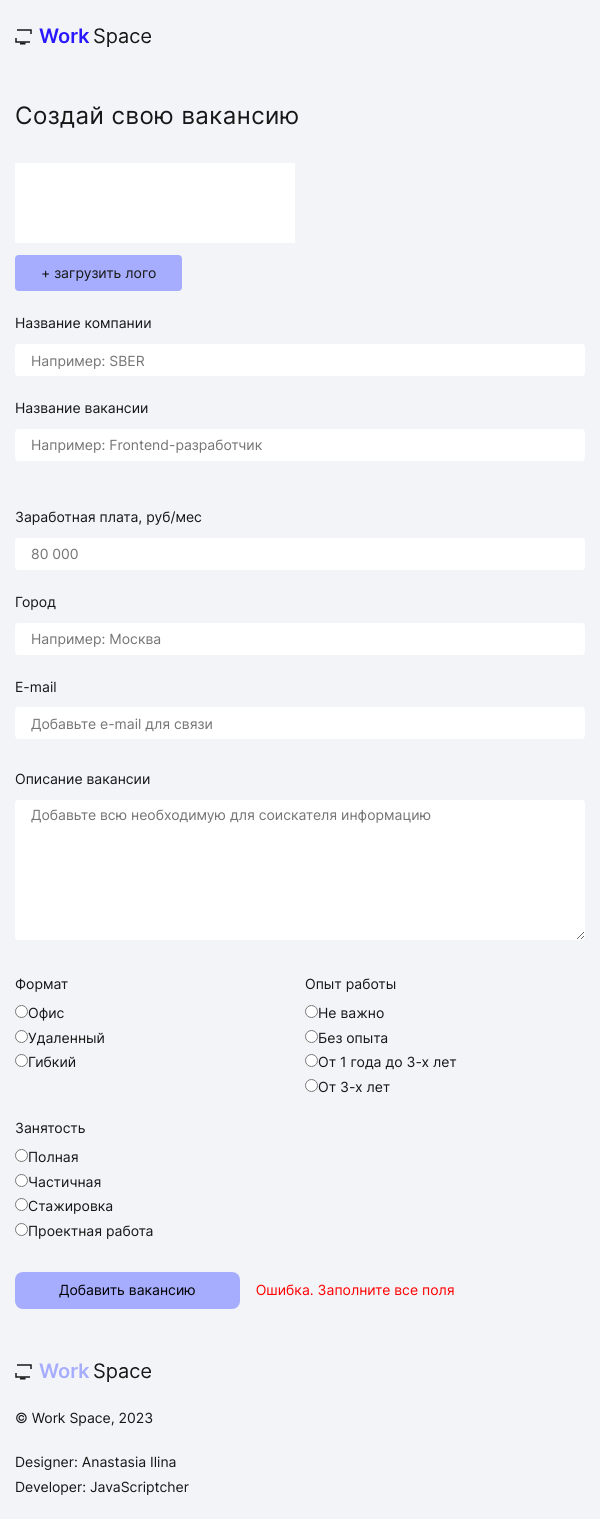
Repository: alexboagreek/workspace_js
Page: employer.html
These files come from the project's save history. The page is drawn as it stood at one moment and after a run of saves; the edit follows.
The browser window is 600 px wide. The pictures show the whole page.

Above is the page before, as saved 2023-09-13 16:22:22.
Console error: TypeError: Cannot read properties of null (reading 'addEventListener')

### employer.html
<!DOCTYPE html>
<html lang="ru">
  <head>
    <meta charset="UTF-8" />
    <meta name="viewport" content="width=device-width, initial-scale=1.0" />
    <title>Workspace - добавить вакансию</title>

    <link rel="stylesheet" href="index.css" />

    <script src="js/choices.min.js" defer></script>
    <script src="js/script.js" defer></script>
  </head>

  <body>
    <header class="header">
      <div class="container header__container">
        <a href="index.html">
          <img
            class="header__logo"
            src="img/logo.svg"
            alt="Логитип WorkSpace"
          />
        </a>

        <a class="header__link" href="index.html#vacancies"
          >Посмотреть вакансии</a
        >
      </div>
    </header>

    <main>
      <section class="employer">
        <div class="container">
          <h1 class="employer__title">Создай свою вакансию</h1>

          <form class="employer__form">
            <div class="employer__file file">
              <div class="file__wrap-preview">
                <img src="#" alt="" class="file__preview" />
              </div>

              <div class="file__wrap-btn">
                <label for="logo" class="file__label"> + загрузить лого </label>
                <input
                  name="logo"
                  type="file"
                  class="file__input"
                  id="logo"
                  accept="image/png, image/jpeg"
                  required
                />
              </div>
            </div>

            <fieldset class="employer__fieldset-input">
              <div class="employer__wrap-input">
                <label class="employer__label" for="company"
                  >Название компании
                </label>

                <input
                  type="text"
                  class="employer__input"
                  id="company"
                  name="company"
                  placeholder="Например: SBER"
                />
              </div>

              <fieldset class="employer__fieldset">
                <div class="employer__wrap-input">
                  <label class="employer__label" for="title"
                    >Название вакансии</label
                  >

                  <input
                    type="text"
                    class="employer__input"
                    id="title"
                    name="title"
                    placeholder="Например: Frontend-разработчик"
                  />
                </div>
              </fieldset>

              <fieldset class="employer__fildset">
                <div class="employer__wrap-input">
                  <label class="employer__label" for="salary"
                    >Заработная плата, руб/мес</label
                  >

                  <input
                    type="number"
                    class="employer__input"
                    id="salary"
                    name="salary"
                    placeholder="80 000"
                  />
                </div>
              </fieldset>

              <fieldset class="employer__fildset">
                <div class="employer__wrap-input">
                  <label class="employer__label" for="location">Город</label>

                  <input
                    type="text"
                    class="employer__input"
                    id="location"
                    name="location"
                    placeholder="Например: Москва"
                  />
                </div>
              </fieldset>

              <fieldset class="employer__fildset">
                <div class="employer__wrap-input">
                  <label class="employer__label" for="email">E-mail</label>

                  <input
                    type="email"
                    class="employer__input"
                    id="email"
                    name="email"
                    placeholder="Добавьте e-mail для связи"
                  />
                </div>
              </fieldset>
            </fieldset>



            <fieldset class="employer__fieldset-textarea">
              <label class="employer__label" for="description"
                >Описание вакансии</label
              >

              <textarea
                class="employer__textarea"
                name="description"
                id="description"
                placeholder="Добавьте всю необходимую для соискателя информацию"
              ></textarea>
            </fieldset>

            <div class="employer__radio-buttons">
              <fieldset class="employer__fieldset-radio">
                <legend class="employer__legend">Формат</legend>

                <label class="employer__label-radio radio">
                  <input
                    type="radio"
                    class="radio__input"
                    name="format"
                    value="Офис"
                  />Офис
                </label>

                <label class="employer__label-radio radio">
                  <input
                    type="radio"
                    class="radio__input"
                    name="format"
                    value="Удаленный"
                  />Удаленный
                </label>

                <label class="employer__label-radio radio">
                  <input
                    type="radio"
                    class="radio__input"
                    name="format"
                    value="Гибкий"
                  />Гибкий
                </label>
              </fieldset>

              <fieldset class="employer__fieldset-radio">
                <legend class="employer__legend">Опыт работы</legend>

                <label class="employer__label-radio radio">
                  <input
                    type="radio"
                    class="radio__input"
                    name="experience"
                    value="Не важно"
                  />Не важно
                </label>

                <label class="employer__label-radio radio">
                  <input
                    type="radio"
                    class="radio__input"
                    name="experience"
                    value="Без опыта"
                  />Без опыта
                </label>

                <label class="employer__label-radio radio">
                  <input
                    type="radio"
                    class="radio__input"
                    name="experience"
                    value="От 1 года до 3-х лет"
                  />От 1 года до 3-х лет
                </label>

                <label class="employer__label-radio radio">
                  <input
                    type="radio"
                    class="radio__input"
                    name="experience"
                    value="От 3-х лет"
                  />От 3-х лет
                </label>
              </fieldset>

              <fieldset class="employer__fieldset-radio">
                <legend class="employer__legend">Занятость</legend>

                <label class="employer__label-radio radio">
                  <input
                    type="radio"
                    class="radio__input"
                    name="type"
                    value="Полная"
                  />Полная
                </label>

                <label class="employer__label-radio radio">
                  <input
                    type="radio"
                    class="radio__input"
                    name="type"
                    value="Частичная"
                  />Частичная
                </label>

                <label class="employer__label-radio radio">
                  <input
                    type="radio"
                    class="radio__input"
                    name="type"
                    value="Стажировка"
                  />Стажировка
                </label>

                <label class="employer__label-radio radio">
                  <input
                    type="radio"
                    class="radio__input"
                    name="type"
                    value="Проектная работа"
                  />Проектная работа
                </label>
              </fieldset>
            </div>

            <div class="employer__wrap-submit">
              <button class="employer__submit" type="submit">
                Добавить вакансию
              </button>
              <div class="employer__error">Ошибка. Заполните все поля</div>
            </div>
          </form>
        </div>
      </section>
    </main>

    <footer class="footer">
      <div class="container footer__container">
        <img
          class="footer__logo"
          src="img/logo-footer.svg"
          alt="Логотип WorkSpace"
        />

        <p class="footer__copyright">© Work Space, 2023</p>

        <ul class="footer__contacts">
          <li class="footer__contact">
            Designer:
            <a class="footer__link" href="#">Anastasia Ilina</a>
          </li>
          <li class="footer__contact">
            Developer:
            <a class="footer__link" href="#">JavaScriptcher</a>
          </li>
        </ul>
      </div>
    </footer>
  </body>
</html>

### index.css
@import "style/normalize.css";
@import "style/choices.min.css";
@import "style/style.css";
@import "style/header.css";
@import "style/hero.css";
@import "style/vacancies.css";
@import "style/filter.css";
@import "style/choices.css";
@import "style/checkbox.css";
@import "style/cards.css";
@import "style/vacancy.css";
@import "style/footer.css";
@import "style/modal.css";
@import "style/detail.css";
@import "style/employer.css";
@import "style/file.css";
@import "style/radio.css";

### style/style.css
@font-face {
  font-family: Inter;
  font-weight: 400;
  src: url("../fonts/inter-regular.woff2") format("woff2"),
    url("../fonts/inter-regular.woff") format("woff");
}

html {
  scroll-behavior: smooth;
  position: relative;
  box-sizing: border-box;
}

*,
*:before,
*:after {
  box-sizing: inherit;
}

body {
  min-width: 320px;
  min-height: 100vh;
  font-family: Inter, sans-serif;
  font-size: 14px;
  color: #171717;
  background-color: #f3f4f8;
  line-height: 1.2;
}

img,
svg {
  max-width: 100%;
  max-height: 100%;
  height: auto;
}

button {
  padding: 0;
  border: 0;
  cursor: pointer;
  background-color: transparent;
}

a {
  text-decoration: none;
  color: inherit;
}

ul {
  padding: 0;
  margin: 0;
  list-style: none;
}

h1,
h2,
h3,
p {
  margin: 0;
}

fieldset {
  padding: 0;
  margin: 0;
  border: 0;
}

.visually-hidden {
  position: fixed;
  transform: scale(0);
}

.container {
  --width: 1180px;
  --padding: 30px;
  max-width: calc(var(--width) + var(--padding) * 2);
  margin: 0 auto;
  padding: 0 var(--padding);
}

.blue-text {
  color: #2a18ff;
}

@media (max-width: 1140px) {
  .container {
    --width: 880px;
  }
}

@media (max-width: 940px) {
  .container {
    --width: 680px;
  }
}

@media (max-width: 640px) {
  .container {
    --padding: 15px;
  }
}

### style/header.css
.header {
  padding: 40px 0;
}

.header__container {
  display: flex;
  align-items: center;
  justify-content: space-between;
}

.header__links {
  display: flex;
  gap: 8px;
  flex-wrap: wrap;
}

.header__link {
  padding: 12px 32px;
  border-radius: 8px;
  background-color: #a6adff;
  font-size: 20px;
  border: 2px solid transparent;
  transition-property: color, background-color;
  transition-duration: 0.2s;
  transition-timing-function: ease-in-out;
}

.header__link_o {
  background-color: transparent;
  border: 2px solid #A6ADFF;
}

.header__link:focus-visible {
  border-color: #4f58be;
}

.header__link:hover {
  color: #fff;
  background-color: #2a18ff;
}


@media (max-width: 1140px) {
  .header {
    padding: 32px 0 40px;
  }
}

@media (max-width: 940px) {
  .header {
    padding: 24px 0 30px;
  }

  .header__link {
    padding: 8px 23px;
    font-size: 14px;
  }
}

@media (max-width: 640px) {
  .header {
    padding: 24px 0 20px;
  }

  .header__link {
    display: none;
  }
}

### style/hero.css
.hero {
  padding: 60px 0 50px;
}

.hero__container {
  position: relative;
  padding-top: 57px;
  padding-bottom: 57px;
}

.hero__container:after {
  content: "";
  position: absolute;
  right: -9px;
  top: 0;
  bottom: 0;
  width: 421px;
  background: url("../img/laptop.png") no-repeat center/contain;
}

.hero__title {
  position: relative;
  z-index: 2;
  max-width: 780px;
  font-size: 90px;
  letter-spacing: 1.8px;
  text-transform: uppercase;
}

@media (max-width: 1140px) {
  .hero {
    padding: 40px 0;
  }

  .hero__container {
    padding-top: 53px;
    padding-bottom: 53px;
  }

  .hero__container:after {
    width: 340px;
  }

  .hero__title {
    max-width: 580px;
    font-size: 64px;
    letter-spacing: 1.28px;
  }
}

@media (max-width: 940px) {
  .hero {
    padding: 30px 0;
  }

  .hero__container {
    padding-top: 40px;
    padding-bottom: 40px;
  }

  .hero__container:after {
    width: 269px;
  }

  .hero__title {
    max-width: 450px;
    font-size: 52px;
    letter-spacing: 1.04px;
  }
}

@media (max-width: 640px) {
  .hero {
    padding-top: 20px;
    padding-bottom: 10px;
  }

  .hero__container {
    padding-top: 0;
    padding-bottom: 234px;
  }

  .hero__title {
    max-width: 290px;
    text-align: center;
    margin: 0 auto;
    font-size: 32px;
  }

  .hero__container:after {
    right: auto;
    top: auto;
    height: 269px;
    left: 50%;
    transform: translateX(-50%);
    background-position: bottom;
  }
}

### style/vacancies.css
.vacancies {
  padding: 50px 0;
}

.vacancies__container {
  display: flex;
  align-items: start;
  gap: 24px 20px;
}

.vacancies__filter-btn {
  display: none;
}

.vacancies__filter {
  flex: 0 0 280px;
}

.vacancies__cards {
  flex-basis: 100%;
}

@media (max-width: 1140px) {
  .vacancies {
    padding: 40px 0;
  }
}

@media (max-width: 940px) {
  .vacancies {
    padding: 30px 0;
  }

  .vacancies__container {
    flex-direction: column;
    row-gap: 0;
  }

  .vacancies__filter-btn {
    display: flex;
    align-items: center;
    margin-bottom: 24px;
    transition-property: margin-bottom, color;
    transition-duration: 0.2s, 0.3s;
    transition-timing-function: ease-in-out;
    transition-delay: 0.2s, 0s;
    color: #2a18ff;
    line-height: 20px;
  }

  .vacancies__filter-btn:hover:not(:focus) {
    color: #a6adff;
  }

  .vacancies__filter-btn-arrow {
    position: relative;
    top: -2px;
    display: block;
    width: 20px;
    height: 20px;
  }

  .vacancies__filter-btn_active {
    margin-bottom: 32px;
    transition-delay: 0s;
  }

  .vacancies__filter-btn_active .vacancies__filter-btn-arrow {
    transform: rotate(180deg);
    top: 2px;
  }

  .vacancies__filter {
    width: 100%;
    flex-basis: auto;
    height: 0;
    overflow: hidden;
    transition: height 0.4s ease-in-out;
  }

  .vacancies__filter_active {
    height: auto;
    margin-bottom: 40px;
  }

  .vacancies__cards {
    width: 100%;
  }
}

@media (max-width: 640px) {
  .vacancies__filter-btn_active {
    margin-bottom: 24px;
  }
}

### style/filter.css
.filter {
  position: relative;
}

.filter__reset {
  position: absolute;
  top: 7px;
  right: 0;
  color: #ccc;
}

.filter__title {
  font-size: 20px;
  font-weight: 400;
  margin-bottom: 32px;
}

.filter__form {
  display: flex;
  flex-direction: column;
  gap: 32px;
}

.filter__fieldset {
  display: flex;
  flex-direction: column;
  align-items: start;
}

.filter__legend {
  margin-bottom: 12px;
}

.filter__select {
  width: 100%;
}

.filter__range {
  display: flex;
  align-items: center;
  justify-content: space-between;
  gap: 10px;
}

.filter__label:not(:last-child) {
  margin-bottom: 8px;
}

.filter__input {
  flex: 1 1 50%;
  width: 100%;
  padding: 0 16px;
  height: 32px;
  border: 0;
}

.filter__input::placeholder {
  color: #ccc;
}

.filter__checkboxes {
  display: flex;
  flex-direction: column;
  gap: 32px;
}

.filter__button {
  padding: 8px 24px;
  border-radius: 4px;
  background-color: #a6adff;
  border: 2px solid transparent;
  transition-property: color, background-color;
  transition-duration: 0.2s;
  transition-timing-function: ease-in-out;
}

.filter__button:focus-visible {
  border-color: #4f58be;
}

.filter__button:hover {
  color: #fff;
  background-color: #2a18ff;
}

@media (max-width: 940px) {
  .filter__title {
    position: fixed;
    transform: scale(0);
  }

  .filter__input {
    max-width: 140px;
  }

  .filter__checkboxes {
    display: grid;
    grid-template-columns: repeat(auto-fit, minmax(180px, 1fr));
    gap: 24px 70px;
  }

  .filter__buttons {
    display: flex;
    gap: 16px;
    align-items: center;
  }

  .filter__reset {
    position: static;
  }
}

### style/choices.css
.choices {
  width: 100%;
}

.choices__inner {
  background-color: #fff;
  padding: 6px 16px;
  min-height: 32px;
  border: 0;
}

.choices__list--single {
  padding: 0;
}

.choices[data-type*="select-one"]::after {
  width: 20px;
  height: 20px;
  background: url("../img/arrow.svg") no-repeat center/contain;
  border: 0;
  top: 6px;
  right: 16px;
  margin-top: 0;
}

.choices[data-type*="select-one"].is-open::after {
  transform: rotate(180deg);
  margin-top: 0;
}

### style/checkbox.css
.checkbox {
  position: relative;
  display: block;
  line-height: 20px;
  padding-left: 28px;
}

.checkbox__input {
  -webkit-appearance: none;
  -moz-appearance: none;
  appearance: none;
  position: absolute;
  width: 20px;
  height: 20px;
  left: 0;
  top: 0;
  bottom: 0;
  background-color: #fff;
  border-radius: 4px;
}

.checkbox__input:after {
  content: "";
  position: absolute;
  inset: 0;
  display: block;
  background: url("../img/check.svg") no-repeat center;
  opacity: 0;
  transition: opacity 0.2s ease-in-out;
}

.checkbox__input:checked:after {
  opacity: 1;
}

.checkbox__input:focus-visible {
  outline: none;
  box-shadow: 0px 2px 10px rgba(0, 0, 0, 0.25);
}

.checkbox__input:hover:not(:disabled) {
  box-shadow: 0px 2px 10px rgba(166, 173, 255, 0.55);
}

.checkbox__input:disabled {
  background-color: #ccc;
}

### style/cards.css
.cards__list {
  display: grid;
  grid-template-columns: repeat(auto-fit, minmax(280px, 1fr));
  gap: 20px;
}

@media (max-width: 940px) {
  .cards__list {
    grid-template-columns: repeat(auto-fit, minmax(220px, 1fr));
    gap: 10px;
  }
}

### style/vacancy.css
.vacancy {
  border-radius: 16px;
  background-color: #fff;
  padding: 16px;
  height: 100%;
  cursor: pointer;
  outline: none;
  border: 2px solid transparent;
}

.vacancy:hover {
  background-color: #f9faff;
}

.vacancy:focus-visible {
  border-color: #a6adff;
}

.vacancy__img {
  max-height: 44px;
  margin-bottom: 12px;
  display: block;
}

.vacancy__company {
  font-size: 20px;
  margin-bottom: 8px;
}

.vacancy__title {
  display: inline-block;
  padding: 3px 5px;
  font-size: 14px;
  font-weight: 400;
  border-radius: 4px;
  background-color: #eaecff;
  margin-bottom: 8px;
}

.vacancy__field {
  color: #ccc;
}

### style/footer.css
.footer {
  padding: 50px 0 40px;
}

.footer__container {
  display: grid;
  gap: 27px;
  grid-template-areas:
    "logo ."
    "copyright contacts";
}

.footer__logo {
  grid-area: logo;
}

.footer__copyright {
  grid-area: copyright;
}

.footer__contacts {
  grid-area: contacts;
  justify-self: end;
  min-width: 180px;
}

.footer__contact {
  margin-bottom: 8px;
}

.footer__contact:last-child {
  margin-bottom: 0;
}

.footer__link:hover {
  color: brown;
}

@media (max-width: 1140px) {
  .footer {
    padding: 40px 0 32px;
  }
}

@media (max-width: 940px) {
  .footer {
    padding: 30px 0 24px;
  }
}

@media (max-width: 640px) {
  .footer {
    padding-top: 20px;
  }

  .footer__container {
    grid-template-areas:
      "logo"
      "copyright"
      "contacts";
  }

  .footer__contacts {
    justify-self: start;
  }
}

### style/modal.css
.modal {
  position: fixed;
  z-index: 10;
  inset: 0;
  background-color: rgba(0, 0, 0, 0.5);
  cursor: pointer;
  padding: 30px;
  overflow-y: auto;
  display: flex;
}

.modal__main {
  position: relative;
  margin: auto;
  cursor: default;
}

.modal__close {
  background-color: transparent;
  border: none;
  cursor: pointer;
  position: absolute;
  top: 12px;
  right: 12px;
  padding: 0;
  line-height: 0;
  outline: 1px solid transparent;
  border-radius: 3px;
}

.modal__close:focus-visible {
  outline-color: gray;
}

@media (max-width: 640px) {
  .modal {
    padding: 30px 15px;
  }
}

### style/employer.css
.employer {
  padding: 60px 0 50px;
}

.employer__title {
  font-size: 32px;
  font-weight: 400;
  letter-spacing: 0.64px;
  margin-bottom: 50px;
}

.employer__file {
  margin-bottom: 32px;
}

.employer__label {
  display: block;
  margin-bottom: 12px;
}

.employer__input {
  border-radius: 4px;
  padding: 0 16px;
  height: 32px;
  border: 0;
  width: 100%;
}

.employer__input:placeholder {
  color: #ccc;
}

.employer__fieldset-input {
  display: grid;
  grid-template-columns: repeat(3, 1fr);
  gap: 32px 20px;
  margin-bottom: 32px;
}

.employer__textarea {
  border-radius: 4px;
  min-height: 140px;
  width: 1181px;
  resize: vertical;
  border: none;
  padding: 7px 16px;
  margin-bottom: 32px;
}

.employer__radio-buttons {
  display: grid;
  grid-template-columns: repeat(3, 280px);
  gap: 20px;
  margin-bottom: 50px;
}

.employer__fieldset-radio {
  display: flex;
  flex-direction: column;
}

.employer__legend {
  margin-bottom: 12px;
}

.employer__label-radio {
  margin-bottom: 8px;
}

.employer__label-radio:last-child {
  margin-bottom: 0;
}

.employer__wrap-submit {
  display: flex;
  flex-wrap: wrap;
  align-items: center;
  gap: 16px;
}

.employer__submit {
  padding: 0 42px;
  height: 48px;
  border-radius: 8px;
  background-color: #a6adff;
  font-size: 20px;
  border: 2px solid transparent;
  transition-property: color, background-color;
  transition-duration: 0.2s;
  transition-timing-function: ease-in-out;
}

.employer__submit:focus-visible {
  border-color: #4f58be;
}

.employer__submit:hover {
  color: #fff;
  background-color: #2a18ff;
}

.employer__error {
  color: #f00;
}

@media (max-width: 1140px) {
  .employer {
    padding-top: 40px;
    padding-bottom: 40px;
  }

  .employer__title {
    letter-spacing: 0.64px;
    margin-bottom: 40px;
  }

  .employer__file {
    margin-bottom: 24px;
  }

  .employer__fieldset {
    margin-bottom: 24px;
  }

  .employer__fieldset-input {
    row-gap: 24px;
  }

  .employer__textarea {
    width: 100%;
  }

  .employer__radio-buttons {
    margin-bottom: 40px;
  }
}

@media (max-width: 940px) {
  .employer {
    padding: 30px 0;
  }

  .employer__title {
    font-size: 24px;
    letter-spacing: 0.48px;
    margin-bottom: 32px;
  }

  .employer__radio-buttons {
    margin-bottom: 32px;
  }

  .employer__fieldset-input {
    grid-template-columns: repeat(1,1fr);
  }

  .employer__radio-buttons {
    grid-template-columns: repeat(auto-fit, minmax(220px, 1fr));
    gap: 24px 10px;
  }

  .employer__submit {
    height: 37px;
    border-radius: 8px;
    font-size: 14px;
  }
}

@media (max-width: 640px) {

}

### style/file.css
.file {
  position: relative;
  display: flex;
  flex-direction: column;
  align-items: start;
}

.file__wrap-preview {
  background-color: #fff;
  min-width: 280px;
  height: 80px;
  margin-bottom: 12px;
}

.file__wrap-preview_active {
  min-width: auto;
}

.file__preview {
}

.file__wrap-btn {
  position: relative;
}

.file__label {
  display: inline-block;
  padding: 8px 24px;
  border-radius: 4px;
  background-color: #a6adff;
  cursor: pointer;
  transition: all 0.4s ease-in-out;
  border: 2px solid transparent;
}


.file__label:focus-visible {
  border-color: #4f58be;
}

.file__label:hover {
  color: #fff;
  background-color: #2a18ff;
}

.file__input {
  opacity: 0;
  position: absolute;
  width: 1px;
  height: 1px;
  top: 50%;
  left: 50%;
}

.file__wrap-btn:focus-within .file__label {
  border-color: #4f58be;
}

### style/radio.css
.radio {
}
.radio__input {
}

Loaded but not shown: js/choices.min.js (library); style/normalize.css (library); style/choices.min.css (library); js/script.js (300 lines, source omitted); style/detail.css (115 lines, source omitted)

After the next 4 saves:
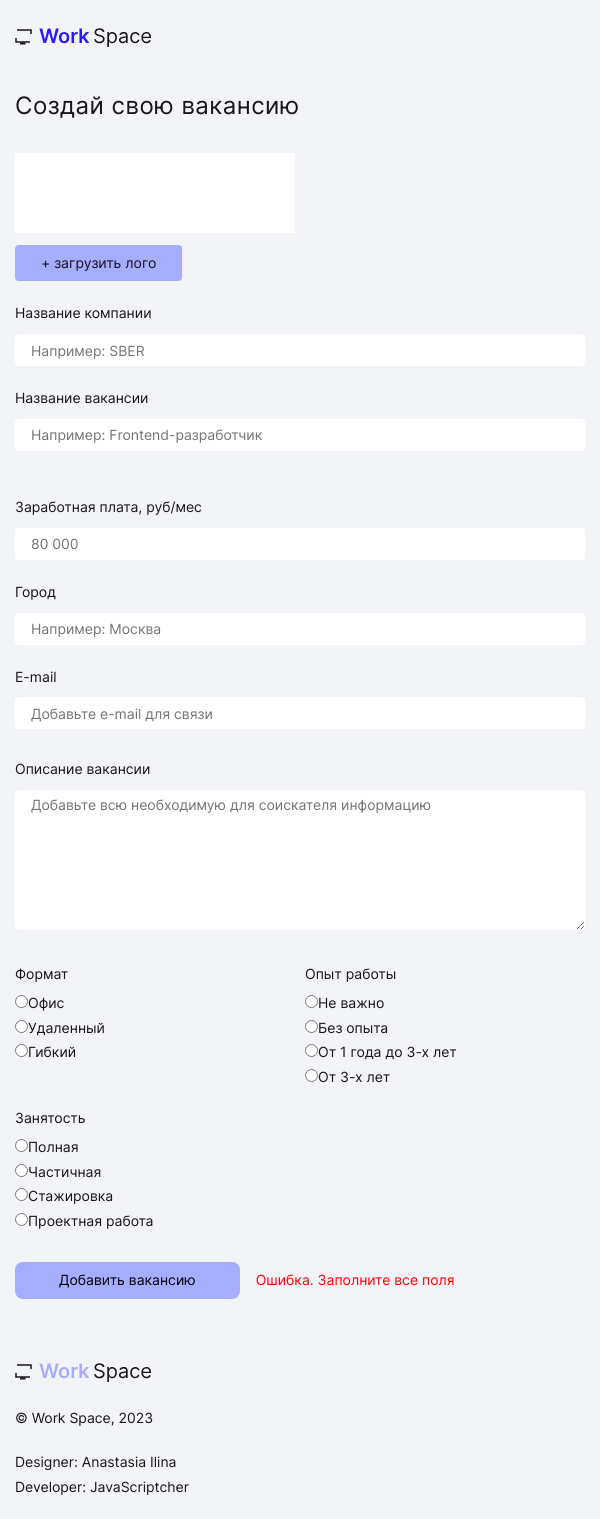
The 4 saves are shown as one change because they came seconds apart.
The last was saved 12 min 21 s later.
--- a/style/employer.css
+++ b/style/employer.css
@@ -167,5 +167,7 @@
 }
 
 @media (max-width: 640px) {
-
+  .employer {
+    padding: 20px 0 40px;
+  }
 }
